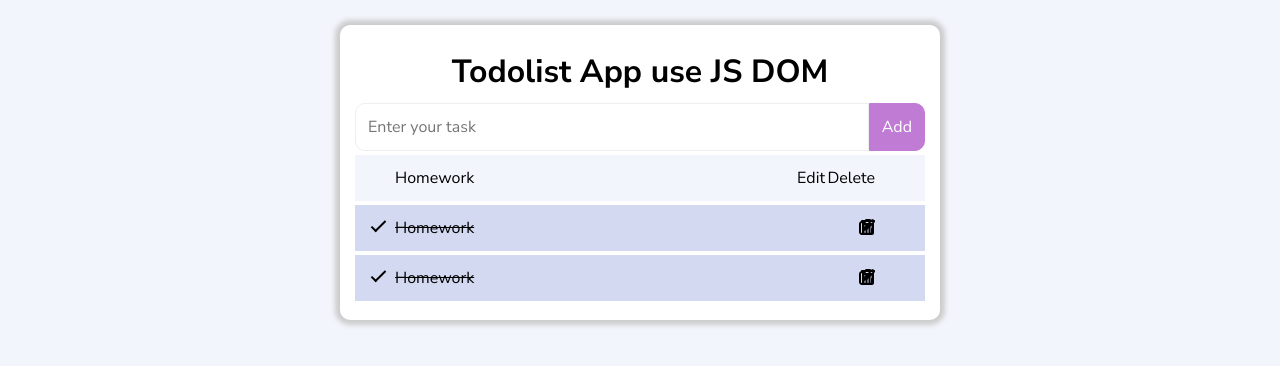
Repository: anhquan74-dev/todolist_app
Page: index.html
These files come from the project's save history. The page is drawn as it stood at one moment and after the next save; the edit follows.
The browser window is 1280 px wide. The pictures show the whole page.
Some web libraries are served in a nearby version.

Above is the page before, as saved 2022-07-21 16:27:21.

### index.html
<!DOCTYPE html>
<html lang="en">
  <head>
    <meta charset="UTF-8" />
    <meta http-equiv="X-UA-Compatible" content="IE=edge" />
    <meta name="viewport" content="width=device-width, initial-scale=1.0" />
    <title>TodoList Web Application</title>
    <link rel="stylesheet" href="style.css" />
    <link
      rel="stylesheet"
      href="https://cdnjs.cloudflare.com/ajax/libs/font-awesome/6.1.1/css/all.min.css"
      integrity="sha512-KfkfwYDsLkIlwQp6LFnl8zNdLGxu9YAA1QvwINks4PhcElQSvqcyVLLD9aMhXd13uQjoXtEKNosOWaZqXgel0g=="
      crossorigin="anonymous"
      referrerpolicy="no-referrer"
    />
  </head>
  <body>
    <div class="todo-app">
      <h1>Todolist App use JS DOM</h1>
      <div class="form-control">
        <input id="input-text" type="text" placeholder="Enter your task" />
        <button class="add-btn">Add</button>
      </div>
      <ul id="list-item">
        <li class="item">
          Homework
          <a class="edit-btn">Edit</a>
          <a class="delete-btn">Delete</a>
        </li>
        <li class="item checked">
          Homework
          <span class="delete-btn"><i class="fa-solid fa-pen-to-square"></i></i></span>
          <span class="delete-btn"><i class="fa-solid fa-trash-can"></i></span>
        </li>
        <li class="item checked">
          Homework
          <span class="delete-btn"><i class="fa-solid fa-pen-to-square"></i></i></span>
          <span class="delete-btn"><i class="fa-solid fa-trash-can"></i></span>
        </li>
      </ul>
    </div>
    <script src="main.js"></script>
  </body>
</html>

### style.css
@import url('https://fonts.googleapis.com/css2?family=Nunito+Sans:ital,wght@0,300;0,400;0,600;0,700;0,800;0,900;1,300;1,400;1,600;1,700;1,800;1,900&display=swap');

*, *::after, *::before {
    margin: 0;
    padding: 0;
    box-sizing: border-box;
}
button, input,
body {
    font-family: 'Nunito Sans', sans-serif;
    background-color: #f3f5fc;
}

input {
    background-color: white;
}

.todo-app {
    background-color: white;
    max-width: 600px;
    margin: 25px auto;
    border-radius: 10px;
    padding: 15px;
    box-shadow: 0px 0px 5px 5px #ccc;
}

h1 {
    text-align: center;
    margin: 10px;
}

.form-control {
    display: flex;
    align-items: center;
}

#input-text {
    font-size: 16px;
    padding: 12px;
    width: 100%;
    outline: none;
    border: 1px solid #eee;
    border-radius: 10px 0px 0px 10px;
}

.add-btn {
    font-size: 16px;
    padding: 12px;
    outline: none;
    border: 1px solid #c07cd4;
    border-radius: 0px 10px 10px 0px;
    cursor: pointer;
    background-color: #c07cd4;
    color: white;
}

.add-btn:hover {
    background-color: #a13bc0;
    border: 1px solid #a13bc0;
}

.list-item {
    list-style-type:none;
    margin-top: 20px;
}

.item {
    padding: 12px 12px 12px 40px;
    background-color: #f3f5fc;
    margin:4px 0;
    position: relative;
    overflow: hidden;
    cursor: pointer;
}

.edit-btn {
    position: absolute;
    top: 50%;
    transform: translateY(-50%);
    right: 100px;
}

.delete-btn {
    position: absolute;
    top: 50%;
    transform: translateY(-50%);
    right: 50px;
}

.item:hover  span{
    opacity: 1;
    transform: translateX(-100%);
}

.item span:hover {
    background-color: rgba(216, 29, 29, 0.795);
}

li.checked {
    background-color: #d2d9f0;
    text-decoration: line-through;
}

ul li.checked::before {
    content: '';
    position: absolute;
    border-color: black;
    border-style: solid;
    border-width: 0 2px 2px 0;
    top: 12px;
    left: 20px;
    transform: rotate(45deg);
    height: 15px;
    width: 7px;
  }

### main.js
var list = document.querySelector("ul");
list.addEventListener("click", function (ev) {
  if (ev.target.nodeName === "LI") {
    ev.target.classList.toggle("checked");
  }
});

var close = document.getElementsByClassName("close-btn");
var i;
for (i = 0; i < close.length; i++) {
  close[i].onclick = function () {
    var div = this.parentElement;
    div.style.display = "none";
  };
}
//
function newElement() {
  var li = document.createElement("li");
  var inputValue = document.getElementById("input-text").value;
  var t = document.createTextNode(inputValue);
  li.appendChild(t);
  li.className = "item";
  if (inputValue === "") {
    alert("You must write something!");
  } else {
    document.getElementById("list-item").appendChild(li);
  }
  document.getElementById("input-text").value = "";

  var span = document.createElement("SPAN");
  span.className = "close-btn";
  span.innerHTML = '<i class="fa-solid fa-trash-can">';
  li.appendChild(span);

  for (i = 0; i < close.length; i++) {
    close[i].onclick = function () {
      var div = this.parentElement;
      div.style.display = "none";
    };
  }
}

After the next save:
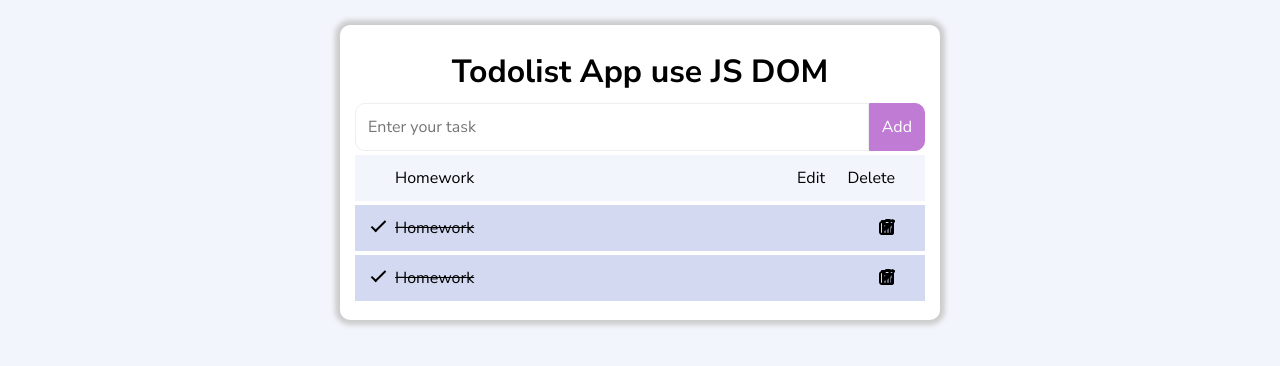
Saved 4 s later.
--- a/style.css
+++ b/style.css
@@ -84,7 +84,7 @@ h1 {
     position: absolute;
     top: 50%;
     transform: translateY(-50%);
-    right: 50px;
+    right: 30px;
 }
 
 .item:hover  span{
